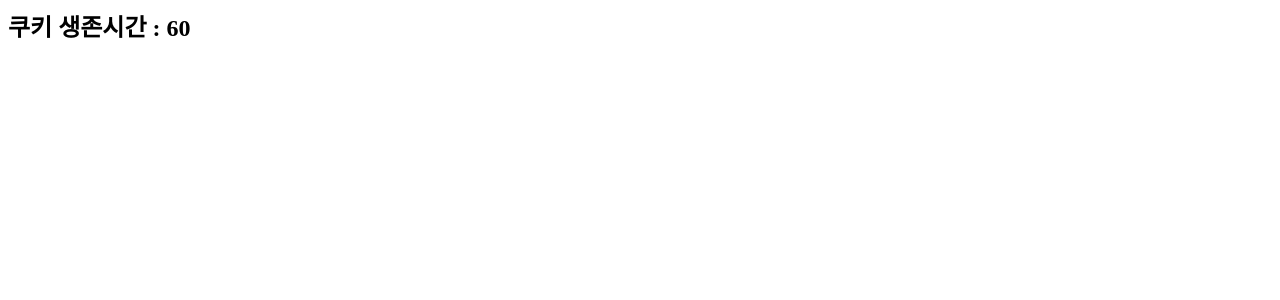
Repository: LTaeHoon/javajsp_ncs
Page: http://localhost/chap02_Directive_Object/cookie/makeCookie.jsp
These files come from the project's save history. The page is drawn as it stood at one moment and after the next save; the edit follows.
The browser window is 1280 px wide. The pictures show the whole page.
The page is served by Tomcat 9.

Above is the page before, as saved 2017-01-16 02:17:54.

After the next save:
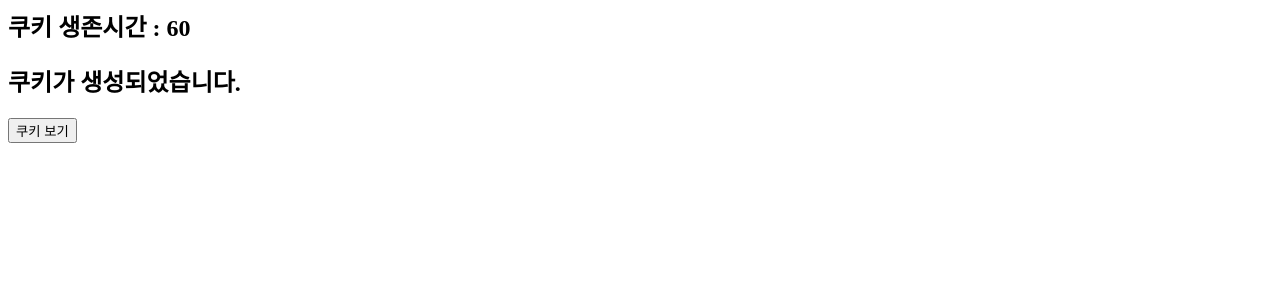
Saved 80 s later.
--- a/chap02_Directive_Object/WebContent/cookie/makeCookie.jsp
+++ b/chap02_Directive_Object/WebContent/cookie/makeCookie.jsp
@@ -21,3 +21,10 @@
   	response.addCookie(cookie);
   	out.println("<h2> 쿠키 생존시간 : "+cookie.getMaxAge()+"</h2>");
   %>
+
+  <h2> 쿠키가 생성되었습니다.</h2>
+
+  <form method ="post" action="viewCookie.jsp">
+  	<input type="submit" value="쿠키 보기"/>
+
+  </form>
